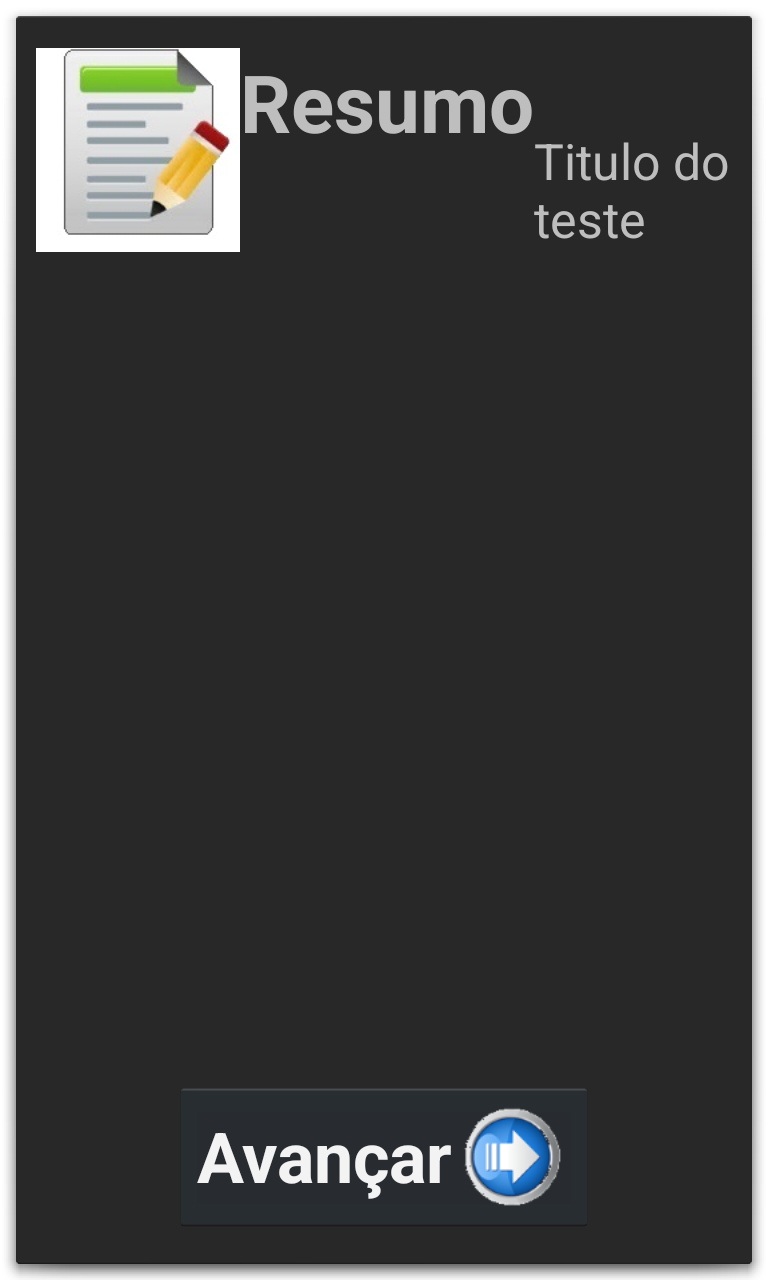
Repository: iptomar/letrinhas_documentacao
Layout: Letrinhas/APP/Prototipos/Letrinhas05/res/layout/resumo_submissoes.xml
These files come from the project's save history. The layout is drawn as it stood at one moment and after the next save; the edit follows.
It is drawn on a 768 x 1280 px phone screen (xhdpi) without system bars, with theme android:Theme.Holo.Dialog.NoActionBar; the app's code is not run.

Above is the layout before, as saved 2014-05-19 12:02:18.

After the next save:
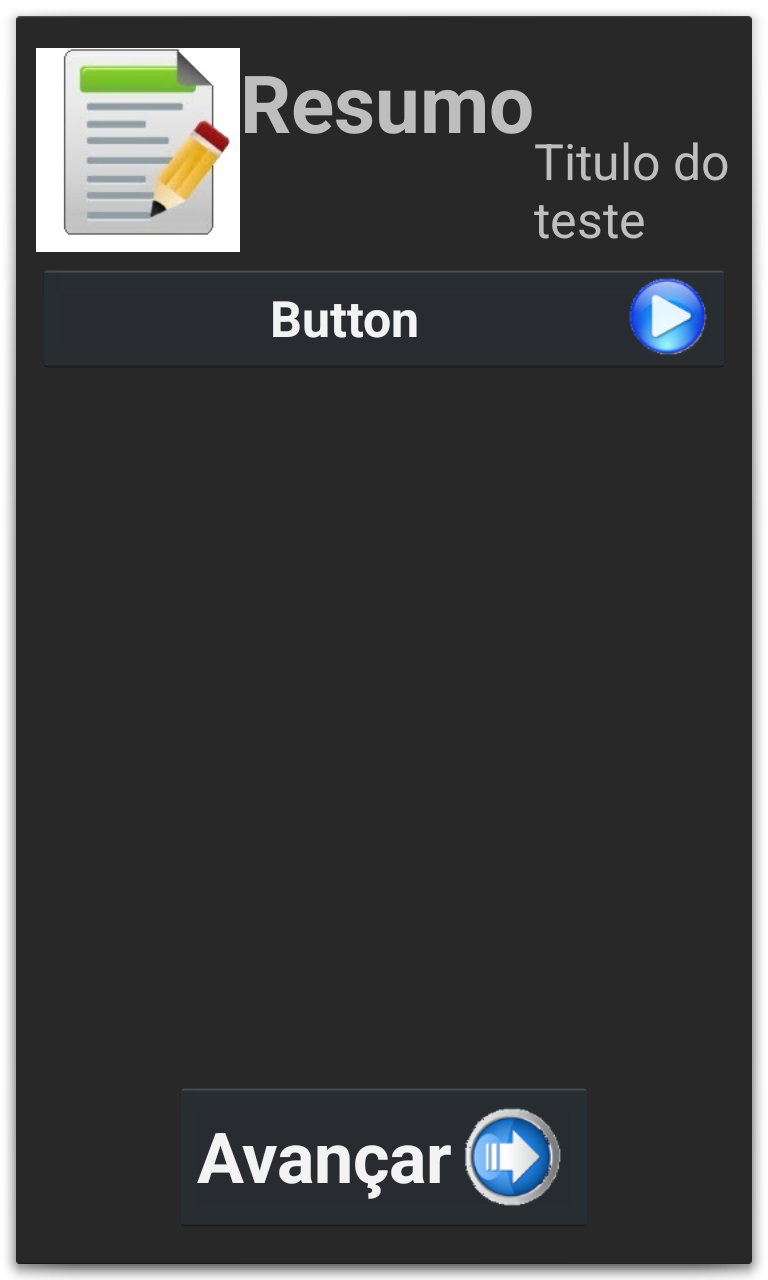
Saved 12 min 36 s later.
--- a/Letrinhas/APP/Prototipos/Letrinhas05/res/layout/resumo_submissoes.xml
+++ b/Letrinhas/APP/Prototipos/Letrinhas05/res/layout/resumo_submissoes.xml
@@ -55,6 +55,17 @@
             android:layout_height="match_parent"
             android:orientation="vertical" >
 
+            <Button
+                android:id="@+id/rsBtnOriginal"
+                android:layout_width="match_parent"
+                android:layout_height="wrap_content"
+                android:layout_marginTop="5sp"
+                android:layout_marginBottom="10sp"
+                android:drawableRight="@drawable/play"
+                android:text="Button"
+                android:textSize="25sp"
+                android:textStyle="bold" />
+
         </LinearLayout>
     </ScrollView>
 
